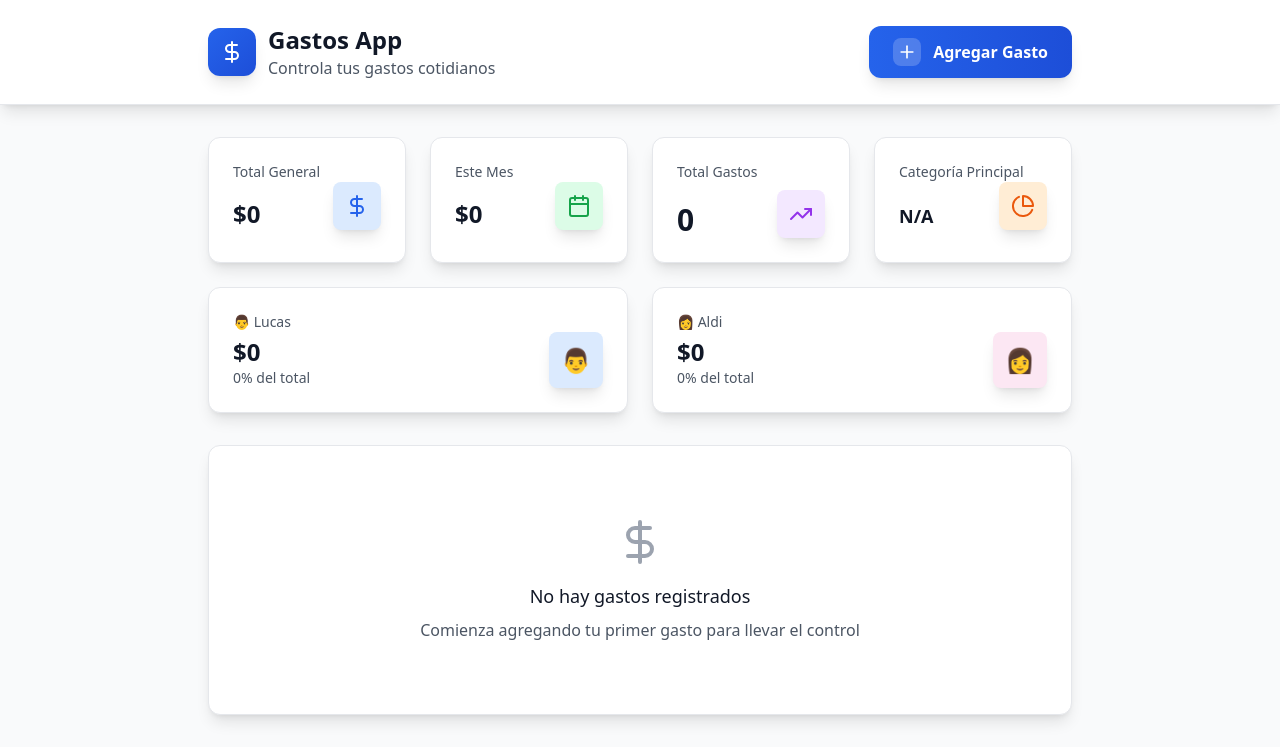
Repository: lucastenaglia/Gastosapp
Page: /
These files come from the project's save history. The page is drawn as it stood at one moment and after the next save; the edit follows.
The browser window is 1280 px wide. The pictures show the whole page.
The page's requests for data from a server got no answer. The project was rebuilt for these pictures with package versions that can differ from the ones it lists, and the page was loaded fresh each time. No one was signed in, and anything a server would have sent is missing. Also part of the build but not shown: vite.config.js, src/components/ExpenseForm.jsx.

Above is the page before, as saved 2025-08-03 21:40:33.

After the next save:
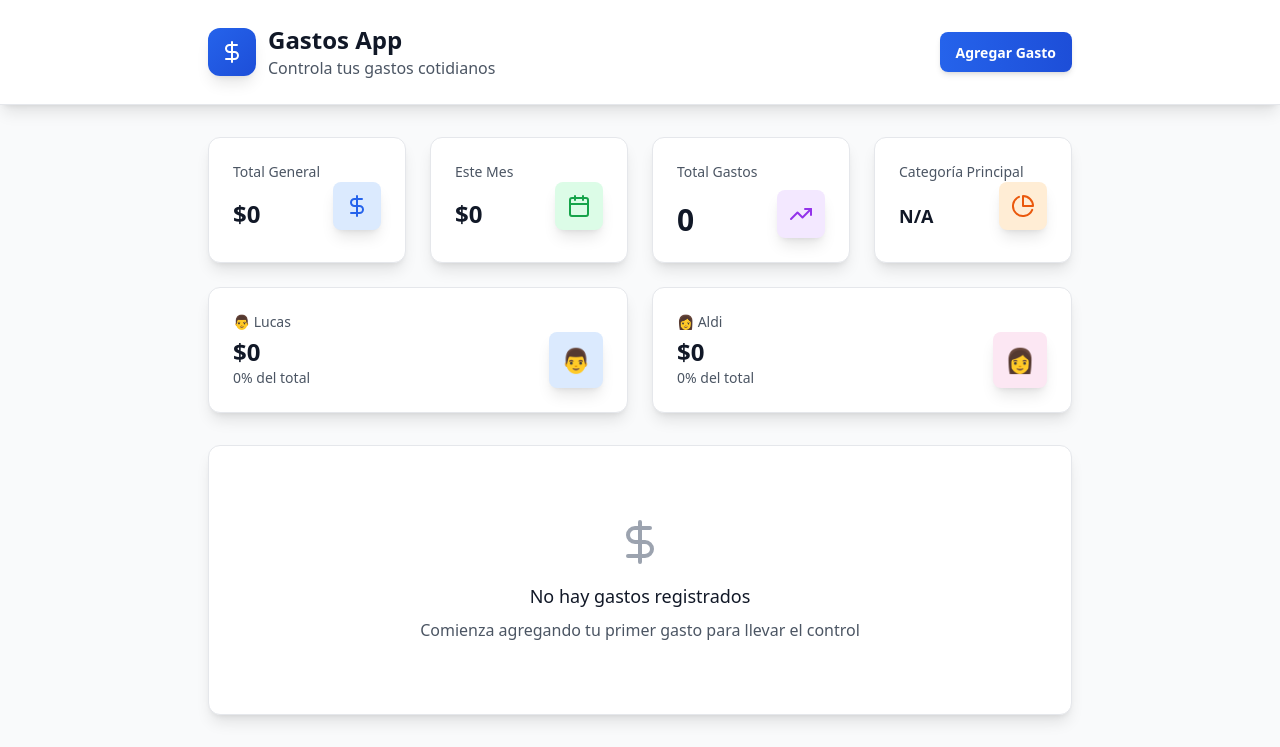
Saved 53 s later.
--- a/src/components/Header.jsx
+++ b/src/components/Header.jsx
@@ -17,12 +17,9 @@ const Header = ({ onAddExpense }) => {
 
           <button
             onClick={onAddExpense}
-            className="bg-gradient-to-r from-primary-600 to-primary-700 hover:from-primary-700 hover:to-primary-800 text-white font-semibold py-3 px-6 rounded-xl shadow-lg hover:shadow-xl transform hover:-translate-y-0.5 transition-all duration-300 flex items-center space-x-3 border-0 focus:outline-none focus:ring-4 focus:ring-primary-300"
+            className="bg-gradient-to-r from-primary-600 to-primary-700 hover:from-primary-700 hover:to-primary-800 text-white font-semibold py-2 px-4 rounded-lg shadow-md hover:shadow-lg transform hover:-translate-y-0.5 transition-all duration-300 border-0 focus:outline-none focus:ring-2 focus:ring-primary-300"
           >
-            <div className="bg-white bg-opacity-20 p-1 rounded-lg">
-              <Plus className="h-5 w-5" />
-            </div>
-            <span className="text-sm sm:text-base">Agregar Gasto</span>
+            <span className="text-sm">Agregar Gasto</span>
           </button>
         </div>
       </div>
